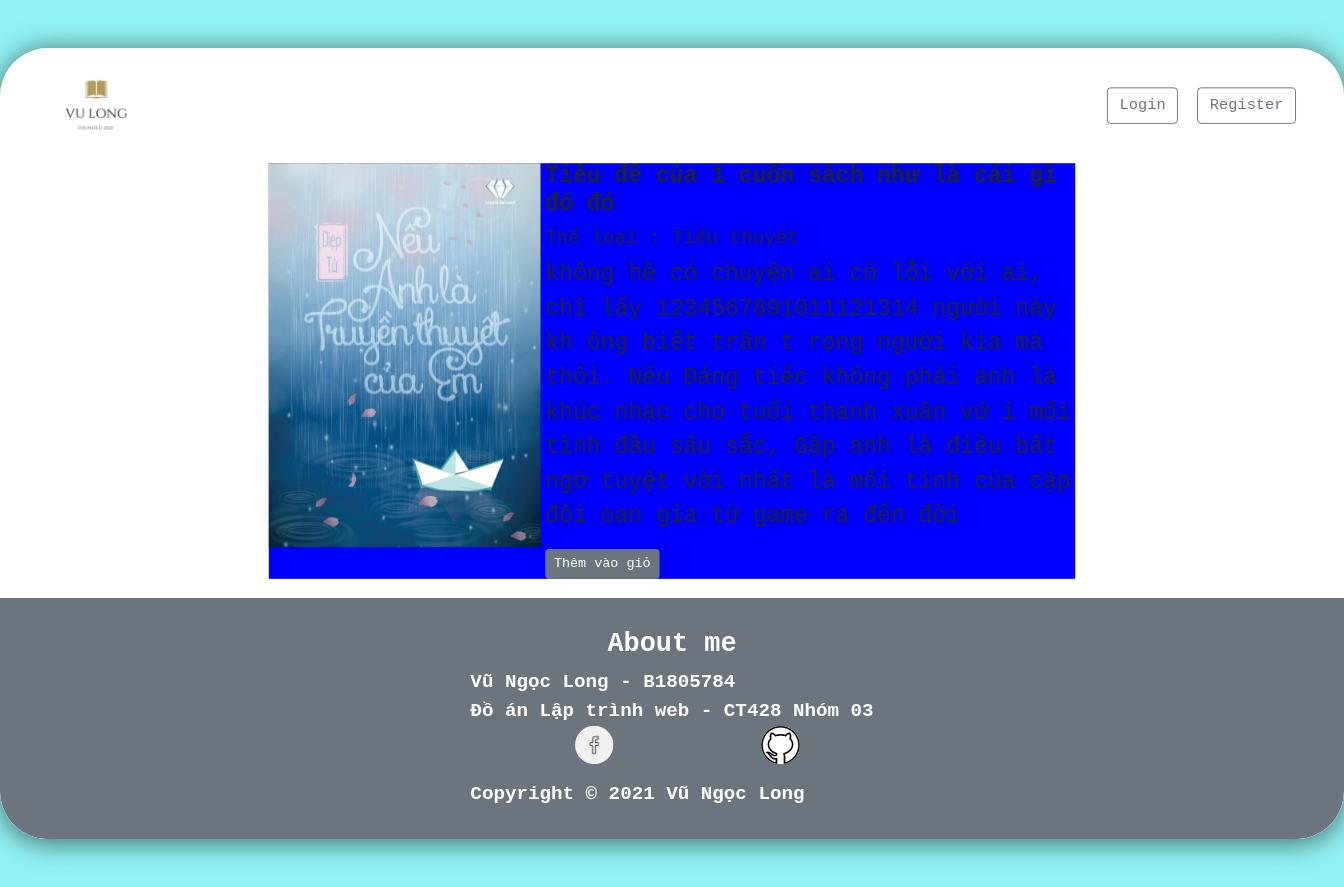
Repository: VuNgocLong2626/exercise_web_CT428
Page: VuNgocLongB1805784/user/chitiet.html
The author's editor kept a copy of each file at every save. The page is drawn from the files as they stood at one save, then again after the next save.
The browser window is 1280 px wide. The page is 1400 px wide, so the pictures cover 1400 px, including what lies to the right of the window. The pictures show the whole page, at 96% of full size.

Above is the page before, as saved 2021-10-04 20:16:04.

After the next save:
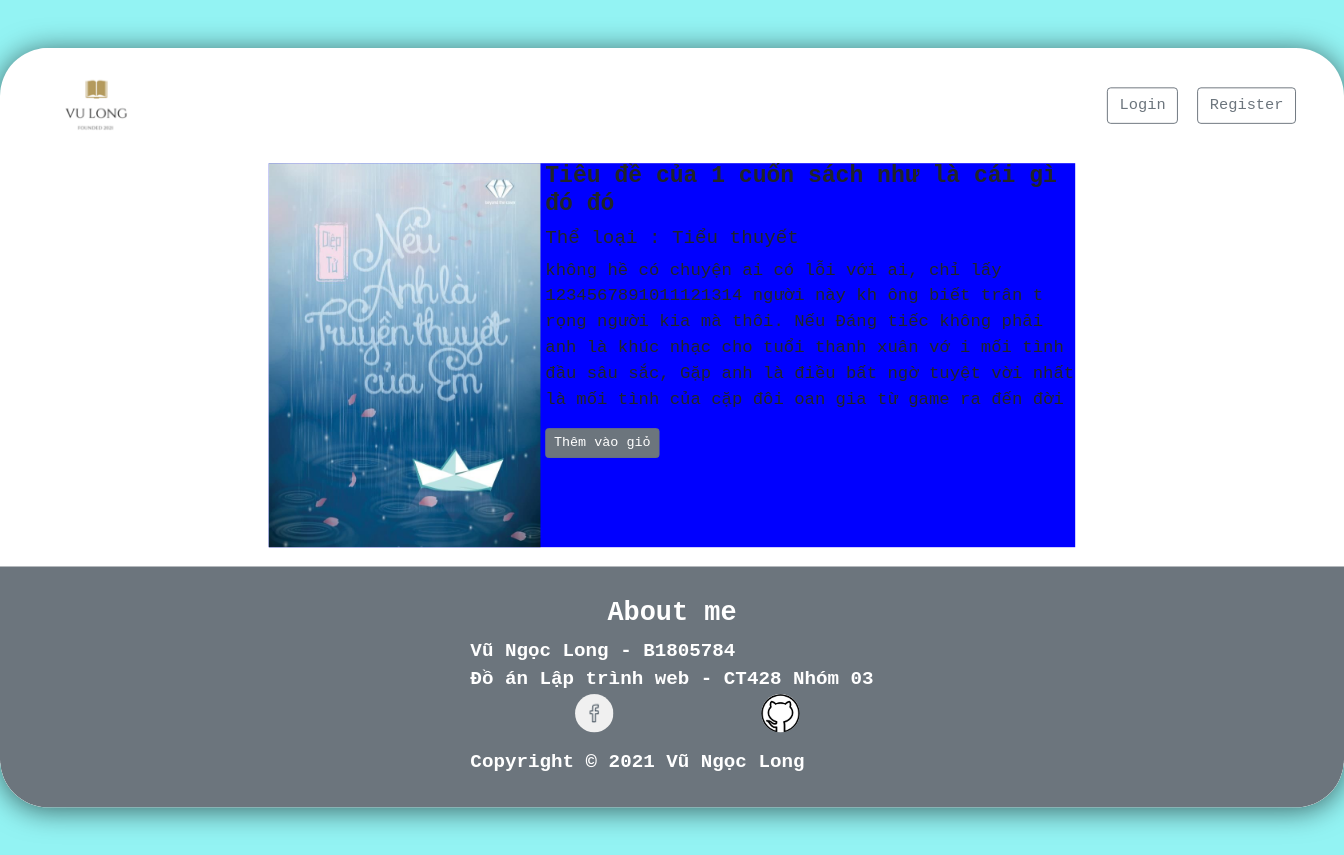
Saved 8 s later.
--- a/VuNgocLongB1805784/user/chitiet.html
+++ b/VuNgocLongB1805784/user/chitiet.html
@@ -26,7 +26,7 @@
                 <div class="col-8">
                     <h4 style="font-weight: bold;">Tiêu đề của 1 cuốn sách như là cái gì đó đó</h4>
                     <h5>Thể loại : Tiểu thuyết</h5>
-                    <p style="font-size: 24px;">không hề có chuyện ai có lỗi với ai, chỉ lấy 1234567891011121314 người này kh
+                    <p style="font-size: 18px;">không hề có chuyện ai có lỗi với ai, chỉ lấy 1234567891011121314 người này kh
                         ông biết trân t rọng người kia mà thôi. Nếu Đáng tiếc không phải anh là khúc nhạc cho tuổi thanh xuân vớ
                         i mối tình đầu sâu sắc, Gặp anh là điều bất ngờ tuyệt vời nhất là mối tình của cặp đôi oan gia từ game ra đến đời
                     </p>
